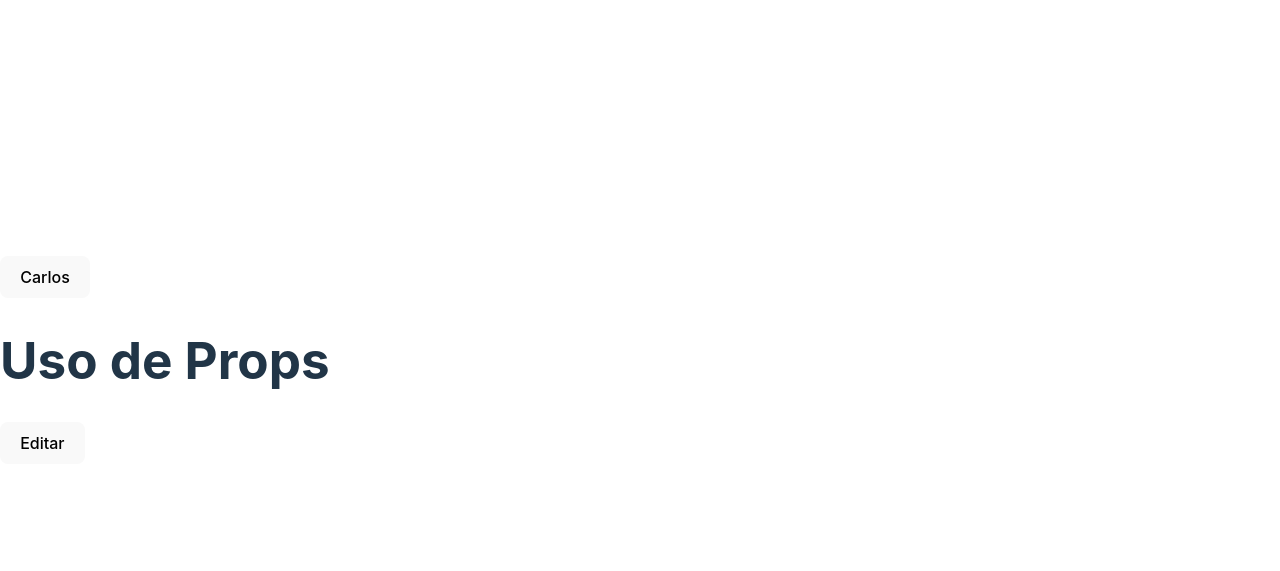
Repository: ikabeee/shopping-car
Page: /
These files come from the project's save history. The page is drawn as it stood at one moment and after the next save; the edit follows.
The browser window is 1280 px wide. The pictures show the whole page.
The project was rebuilt for these pictures with package versions that can differ from the ones it lists, and the page was loaded fresh each time. Also part of the build but not shown: vite.config.ts.

Above is the page before, as saved 2024-10-17 14:52:22.

After the next save:
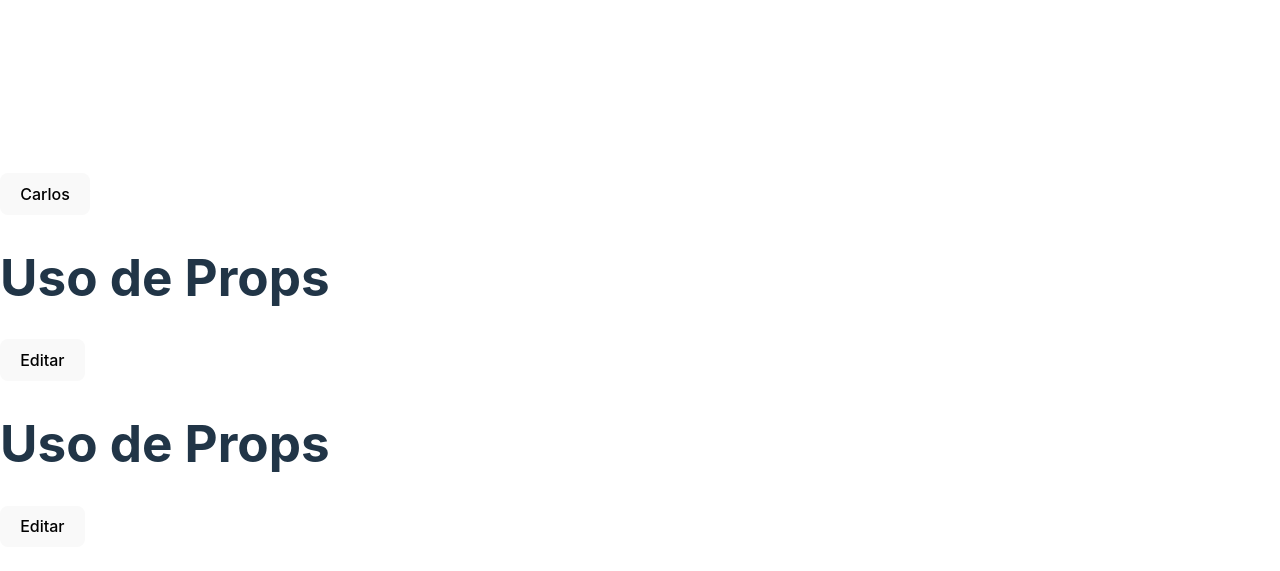
Saved 12 s later.
--- a/src/App.tsx
+++ b/src/App.tsx
@@ -12,6 +12,7 @@ function App() {
 
     <Button/>
     <ButtonProps description='Editar' disabled={false} style='ntn btn-primary'/>
+    <ButtonProps description='Editar' disabled={false} style='ntn btn-primary'/>
     </>
   )
 }
